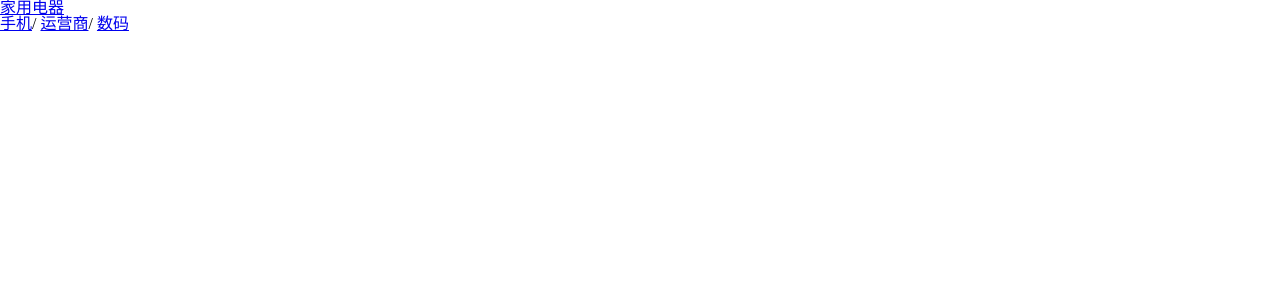
Repository: Romic77/css-test
Page: exercise/02_京东左侧导航条.html
These files come from the project's save history. The page is drawn as it stood at one moment and after the next save; the edit follows.
The browser window is 1280 px wide. The pictures show the whole page.

Above is the page before, as saved 2022-09-03 13:44:29.

After the next save:
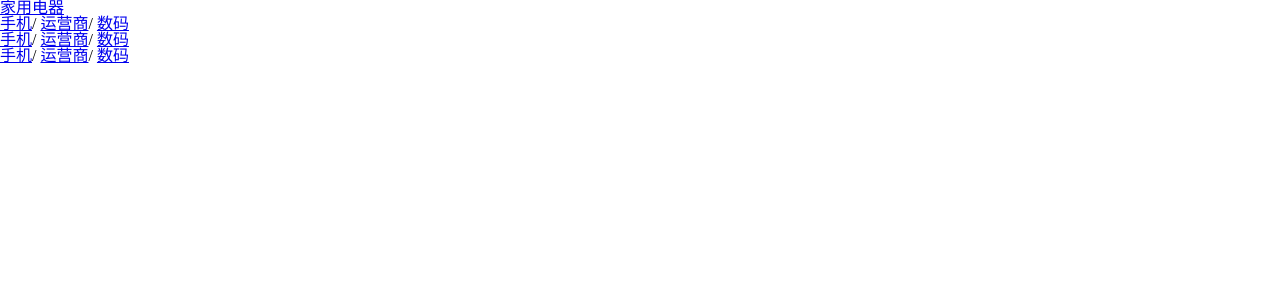
Saved 28 s later.
--- a/exercise/02_京东左侧导航条.html
+++ b/exercise/02_京东左侧导航条.html
@@ -23,6 +23,14 @@
             <a href="#">运营商</a>/
             <a href="#">数码</a>
         </div>
+        <div><a href="#">手机</a>/
+            <a href="#">运营商</a>/
+            <a href="#">数码</a>
+        </div>
+        <div><a href="#">手机</a>/
+            <a href="#">运营商</a>/
+            <a href="#">数码</a>
+        </div>
     </nav>
 </body>
 
